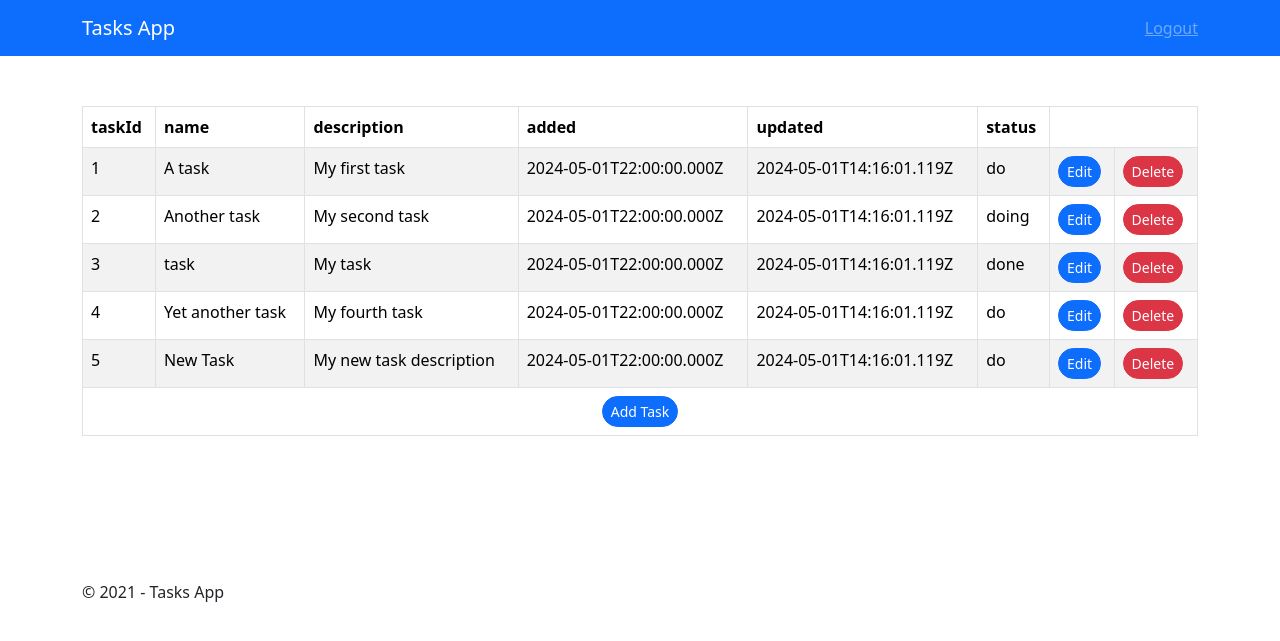
Repository: trider/react-task-manager
Page: /#/tasks
These files come from the project's save history. The page is drawn as it stood at one moment and after the next save; the edit follows.
The browser window is 1280 px wide. The pictures show the whole page.
The project was rebuilt for these pictures with package versions that can differ from the ones it lists, and the page was loaded fresh each time. Also part of the build but not shown: src/App.css, src/data/_Users.js, src/pages/Login.js.

Above is the page before, as saved 2024-05-07 17:42:28.

### src/App.js
// import logo from './logo.svg';
import './App.css';
import 'bootstrap/dist/css/bootstrap.min.css';
// import { BrowserRouter, Routes, Route } from "react-router-dom";
import {HashRouter as Router, Routes, Route} from "react-router-dom";
import LoginForm from "./pages/Login";
import TaskList from "./pages/Task";

// const path = process.env.REACT_APP_FOR_PATH;

function App() {
  return (
    <div>
      <Router baseline="/">
        <Routes>
          <Route index element={<LoginForm />} />
            <Route path="login" element={<LoginForm />} />
            <Route path="tasks" element={<TaskList />} />
        </Routes>
      </Router>
    </div>
  );
}

export default App;

### src/pages/Task.js
import * as React from 'react';

import { useState } from 'react';

import Table from 'react-bootstrap/Table';
import Container from 'react-bootstrap/Container';
import Button from 'react-bootstrap/Button';
import Form from 'react-bootstrap/Form';

import NavbarComponent from '../components/Navigation';
import Footer from '../components/Footer';

import userTasks from '../data/_Tasks';
import tableCols from '../data/_Cols';




const TaskTable = () => {

  const [tasks, setTasks] = useState(userTasks);
  const [taskName, setTaskName] = useState("A Task");
  const [taskDescription, setTaskDescription] = useState("Task Description");
  const [dateAdded, setDateAdded] = useState(new Date().toISOString());
  const [dateUpdated, setDateUpdated] = useState(new Date().toISOString());
  const [taskStatus, setTaskStatus] = useState("do");
  const [isAdd, setIsAdd] = useState(false);


  const addTask = (task) => {
    setDateAdded(new Date().toISOString());
    setDateUpdated(new Date().toISOString());
    setTaskStatus('do');
    setIsAdd(false);
    setTasks([...tasks, { id: tasks.length + 1, ...task }]);
  }

  const editTask = (task) => {

    setIsAdd(false);
    setTasks(tasks.map((t) => {
      if (tasks.filter((t) => t.isEdit === true).length < 1) {
        if (t.taskId === task.taskId) t.isEdit = !t.isEdit;
      }

      return t
    }));


  }

  const getButton = (task) => {

    if (task.isEdit) {
      return <Button variant="primary rounded-pill" size='sm' onClick={(e) => updateTask(task)}>
        Update
      </Button>
    }
    else {
      return <Button variant="primary rounded-pill" size='sm' onClick={(e) => editTask(task)}>
        Edit
      </Button>
    }

  }

  const updateTask = (task) => {






    setTasks(tasks.map((t) => {
      setTaskName(t.name);
      setTaskDescription(t.description);
      if (t.taskId === task.taskId) {
        t.isEdit = !t.isEdit;
        t.name = taskName;
        t.description = taskDescription;
        t.updated = new Date().toISOString();
        t.status = taskStatus;
      }
      return t;
    }));
    setIsAdd(false);



  }

  const deleteTask = (task) => {
    setTasks(tasks.filter((t) => t.taskId !== task.taskId));
  }

  const getTask = (task, col) => {
    if (task.isEdit) {
      if (col === 'name') {
        return <Form.Control
          type="text"
          value={taskName}
          onChange={(e) => setTaskName(e.target.value)}
        />
      }
      else if (col === 'description') {
        return <Form.Control
          type="text"
          value={taskDescription}
          onChange={(e) => setTaskDescription(e.target.value)}
        />
      }
      else if (col === 'status') {
        return <Form.Control
          type="text"
          value={taskStatus}
          onChange={(e) => setTaskStatus(e.target.value)}
        />
      }
      else {
        return task[col]
      }


    }
    else {
      return task[col]
    }


  }



  const showTableBody = () => {

    if (isAdd) {

      return <tbody>

        <tr>
          <td>
            {tasks.length + 1}
          </td>
          <td>
            <Form.Control
              type="text"
              value={taskName}
              onChange={(e) => setTaskName(e.target.value)}
            />
          </td>
          <td>
            <Form.Control
              type="text"
              value={taskDescription}
              onChange={(e) => setTaskDescription(e.target.value)}

            />
          </td>
          <td>
            {dateAdded}
          </td>
          <td>
            {dateUpdated}
          </td>
          <td>
            do
          </td>

          <td colSpan='2'>
            <div className="d-grid gap-2 d-md-flex justify-content-md-center">

              <Button variant="primary rounded-pill" size='sm' onClick={(e) => addTask({
                name: taskName,
                description: taskDescription,
                user: 'jonnygold',
                status: 'do',
                taskId: tasks.length + 1,
                added: new Date().toISOString(),
                updated: new Date().toISOString(),
                isActive: true,
                isEdit: false
              })}>
                Add
              </Button>
            </div>
          </td>
        </tr>



      </tbody>



    }
    else {
      return <tbody>
        {tasks.map((task) => (
          <tr key={task.id}>
            {tableCols.map((col) => (
              <td key={col}>

                {getTask(task, col)}

              </td>
            ))}

            <td>
              {getButton(task)}
            </td>
            <td>
              <Button variant="danger rounded-pill" size='sm' onClick={(e) => deleteTask(task)}>
                Delete
              </Button>
            </td>
          </tr>
        ))}



        <tr>

          <td colSpan={tableCols.length + 2} style={{ backgroundColor: "white" }}>
            <div className="d-grid gap-2 d-md-flex justify-content-md-center">
              <Button variant="primary rounded-pill" size='sm' onClick={(e) => setIsAdd(!isAdd)}>
                Add Task
              </Button>
            </div>
          </td>
        </tr>
      </tbody>

    }


  }






  return (
    <div >
      <Table striped bordered hover size="lg">
        <thead>
          <tr>
            {tableCols.map((col) => (
              <th key={col}>{col}</th>
            ))}
            <th colSpan={"2"}></th>
          </tr>
        </thead>

        {showTableBody()}

      </Table>




    </div>
  );
}


const TaskList = () => {
  return (
    <div>

      <NavbarComponent />
      <Container style={{ marginTop: "50px" }}>

        <div style={{ marginTop: "50px" }}>
          <TaskTable />
        </div>

      </Container>
      <Footer />
    </div>
  );
}

export default TaskList;

### src/components/Navigation.js
import * as React from 'react';
import Container from 'react-bootstrap/Container';
import Nav from 'react-bootstrap/Nav';
import Navbar from 'react-bootstrap/Navbar';
import {Link as ReactLink} from "react-router-dom";






const NavbarComponent = () => {
  return (
    <Navbar bg="primary" expand="lg" data-bs-theme="dark">
      <Container>
        <Navbar.Brand href="#home">Tasks App</Navbar.Brand>
        <Navbar.Toggle aria-controls="basic-navbar-nav" />
        <Navbar.Collapse id="basic-navbar-nav">
          <Nav className="me-auto" >
          </Nav>

          <div className='Nav'>
            <ReactLink to="/login">Logout</ReactLink>
          </div>
        </Navbar.Collapse>
      </Container>
    </Navbar>
  );
}



export default NavbarComponent;

### src/components/Footer.js
import * as React from 'react';
import Container from 'react-bootstrap/Container';

const Footer = () => {
  return (
    <footer>
      <Container style={{paddingTop:'10%'}}>
        <p>&copy; 2021 - Tasks App</p>
      </Container>
    </footer>
  );
}

export default Footer;

### src/data/_Tasks.js
const userTasks= [
 {
   id: "6630ab326e723ac1ea6dce7a",
   description: "My first task",
   name: "A task",
   taskId: 1,
   user: "jonnygold",
   added: "2024-05-01T22:00:00.000Z",
   updated: "2024-05-01T14:16:01.119Z",
   status: "do",
   isActive: true,
   isEdit: false
 },
 {
   id: "6630fe5d6e723ac1ea6dce7e",
   description: "My second task",
   name: "Another task",
   taskId: 2,
   user: "jonnygold",
   added: "2024-05-01T22:00:00.000Z",
   updated:"2024-05-01T14:16:01.119Z",
   status: "doing",
   isActive: true,
   isEdit: false
 },
 {
   id: "6630fe826e723ac1ea6dce7f",
   description: "My task",
   name: "task",
   taskId: 3,
   user: "jonnygold",
   added: "2024-05-01T22:00:00.000Z",
   updated:"2024-05-01T14:16:01.119Z",
   status: "done",
   isActive: true,
   isEdit: false
 },
 {
   id: "6631f17cc4c9b7f5ab3c28c3",
   name: "Yet another task",
   description: "My fourth task",
   user: "jonnygold",
   taskId: 4,
   added: "2024-05-01T22:00:00.000Z",
   updated:"2024-05-01T14:16:01.119Z",
   isActive: true,
   status: "do",
   isEdit: false

 },
 {
   id: "66323f0d54b80929f84ebdd2",
   user: "jonnygold",
   name: "New Task",
   description: "My new task description",
   status: "do",
   taskId: 5,
   added: "2024-05-01T22:00:00.000Z",
   updated:"2024-05-01T14:16:01.119Z",
   isActive: true,
   isEdit: false
 }

]

export default userTasks

### src/data/_Cols.js
const tableCols = [
 'taskId',
 'name',
 'description',
 'added',
 'updated',
 'status',
];

export default tableCols

Loaded but not shown: public/index.html (common file); src/index.js (common file); src/index.css (common file); src/reportWebVitals.js (common file)

After the next save:
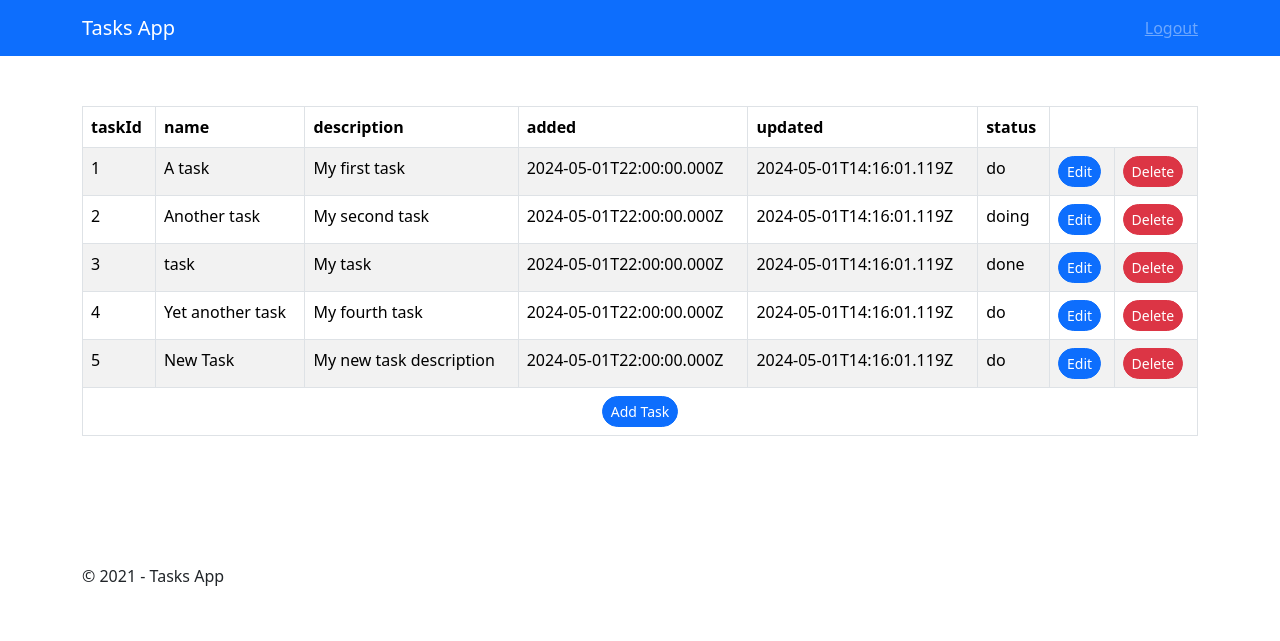
Saved 13 s later.
--- a/src/components/Footer.js
+++ b/src/components/Footer.js
@@ -4,7 +4,7 @@ import Container from 'react-bootstrap/Container';
 const Footer = () => {
   return (
     <footer>
-      <Container style={{paddingTop:'10%'}}>
+      <Container style={{marginTop:'10%'}}>
         <p>&copy; 2021 - Tasks App</p>
       </Container>
     </footer>
